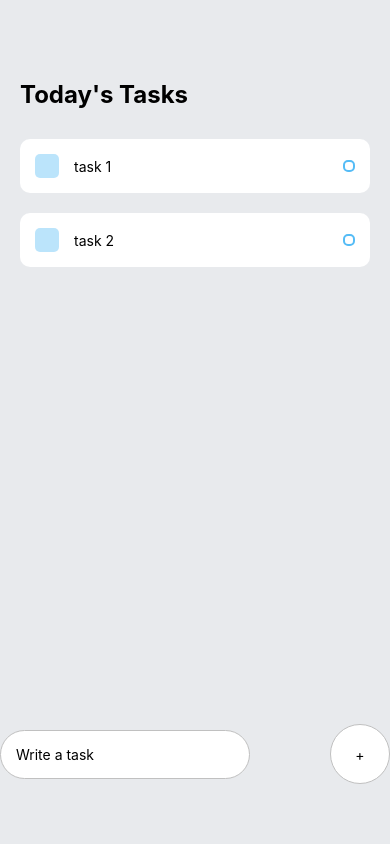
Repository: NT912/TodoList
Screen: /
These files come from the project's save history. The screen is drawn as it stood at one moment and after the next save; the edit follows.
The app was drawn by React Native's web renderer in a window 390 px wide. The project was rebuilt for these pictures with package versions that can differ from the ones it lists, and the page was loaded fresh each time.

Above is the screen before, as saved 2022-04-16 17:07:43.

### App.js
import { StatusBar } from "expo-status-bar";
import { StyleSheet, Text, View, TextInput } from "react-native";
import { KeyboardAvoidingView, Platform, TouchableOpacity } from "react-native";
import Task from "./components/Task";

export default function App() {
  return (
    <View style={styles.container}>
      {/* Today's Tasks */}
      <View style={styles.tasksWrapper}>
        <Text style={styles.sectionTitle}>Today's Tasks</Text>
        <View style={styles.items}>
          {/* This is the task will go */}
          <Task Text={"task 1"} />
          <Task Text={"task 2"} />
        </View>
      </View>

      {/* Write a task */}
      <KeyboardAvoidingView
        behavior={Platform.OS === "ios" ? "padding" : "height"}
        style={styles.writeTaskWrapper}
      >
        <TextInput style={styles.input} placeholder={"Write a task"} />

        <TouchableOpacity>
          <View style={styles.addWrapper}>
            <Text style={styles.addText}>+</Text>
          </View>
        </TouchableOpacity>
      </KeyboardAvoidingView>
    </View>
  );
}

const styles = StyleSheet.create({
  container: {
    flex: 1,
    backgroundColor: "#E8EAED",
  },
  tasksWrapper: {
    paddingTop: 80,
    paddingHorizontal: 20,
  },
  sectionTitle: {
    fontSize: 24,
    fontWeight: "bold",
  },
  items: { marginTop: 30 },
  writeTaskWrapper: {
    position: "absolute",
    bottom: 60,
    width: "100%",
    flexDirection: "row",
    justifyContent: "space-between",
    alignItems: "center",
  },
  input: {
    paddingVertical: 15,
    paddingHorizontal: 15,
    backgroundColor: "#FFF",
    borderRadius: 60,
    borderColor: "#C0C0C0",
    borderWidth: 1,
    width: 250,
  },
  addWrapper: {
    width: 60,
    height: 60,
    backgroundColor: "#FFF",
    borderRadius: 60,
    justifyContent: "center",
    alignItems: "center",
    borderColor: "#C0C0C0",
    borderWidth: 1,
  },
  addText: {},
});

### components/Task.js
import React from "react";
import { View, Text, StyleSheet } from "react-native";

const Task = (props) => {
  return (
    <View style={styles.item}>
      <View style={styles.itemleft}>
        <View style={styles.quare}></View>
        <Text style={styles.itemText}>{props.Text}</Text>
      </View>
      <View style={styles.cirular}></View>
    </View>
  );
};

const styles = StyleSheet.create({
  item: {
    backgroundColor: "#FFF",
    padding: 15,
    borderRadius: 10,
    flexDirection: "row",
    alignItems: "center",
    justifyContent: "space-between",
    marginBottom: 20,
  },
  itemleft: {
    flexDirection: "row",
    alignItems: "center",
    flexWrap: "wrap",
  },
  quare: {
    width: 24,
    height: 24,
    backgroundColor: "#55BCF6",
    opacity: 0.4,
    borderRadius: 5,
    marginRight: 15,
  },
  itemText: {
    maxWidth: "80%",
  },
  cirular: {
    width: 12,
    height: 12,
    borderColor: "#55BCF6",
    borderWidth: 2,
    borderRadius: 5,
  },
});

export default Task;

After the next save:
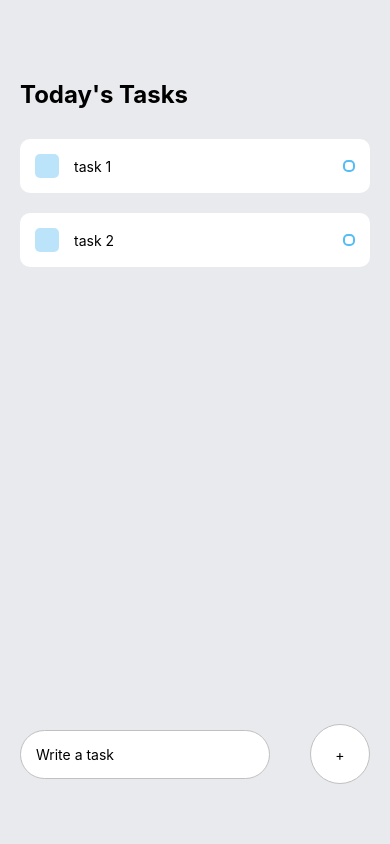
Saved 18 s later.
--- a/App.js
+++ b/App.js
@@ -52,7 +52,7 @@ const styles = StyleSheet.create({
     bottom: 60,
     width: "100%",
     flexDirection: "row",
-    justifyContent: "space-between",
+    justifyContent: "space-around",
     alignItems: "center",
   },
   input: {
